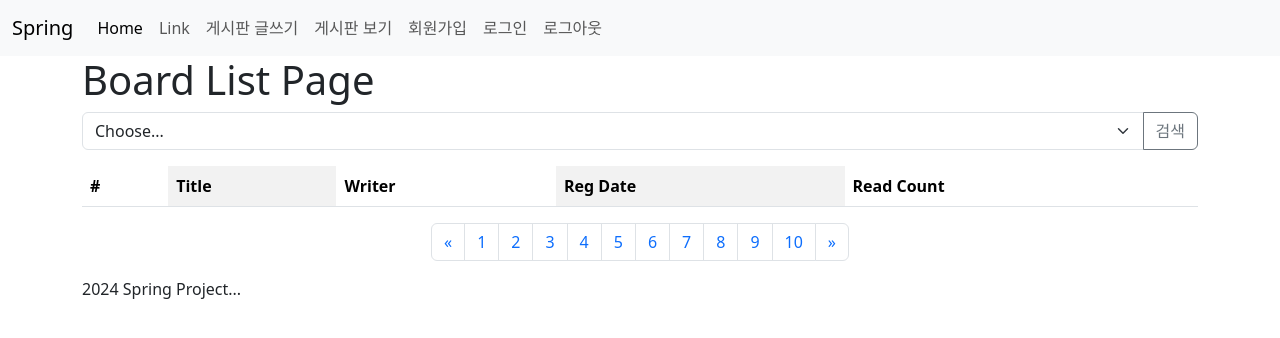
Repository: gajami-kim/240430_Spring_Study
Page: http://localhost/spring_study/WEB-INF/views/board/list.jsp
An editor plug-in stored every save of this project. The page is shown before and after the next save, followed by the edit.
The browser window is 1280 px wide. The pictures show the whole page.
The page is served by Tomcat 9. Nobody is signed in. The template is opened directly, without the code that normally fills it, so the values that code supplies are empty.

Above is the page before, as saved 2024-04-24 08:40:50.

After the next save:
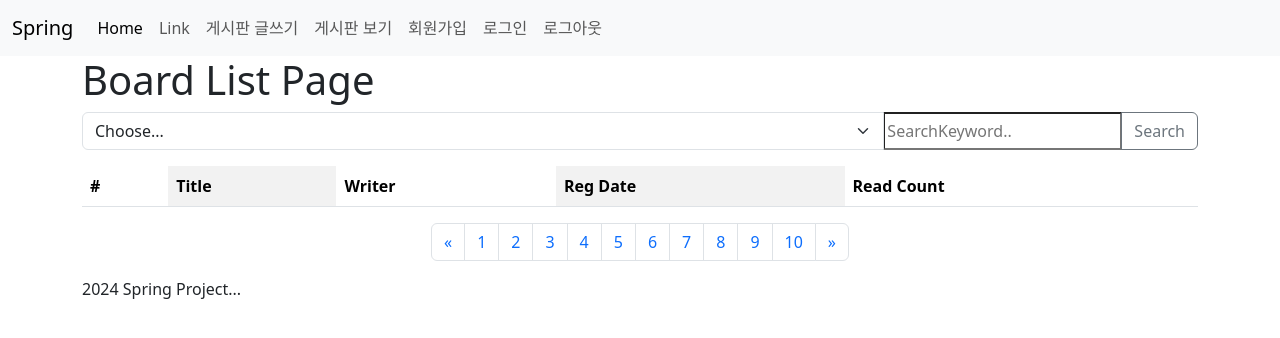
Saved 36 s later.
--- a/spring_study/src/main/webapp/WEB-INF/views/board/list.jsp
+++ b/spring_study/src/main/webapp/WEB-INF/views/board/list.jsp
@@ -14,7 +14,8 @@
 		    <option value="w">Writer</option>
 		    <option value="c">Content</option>
 		  </select>
-		  <button class="btn btn-outline-secondary" type="button">검색</button>
+		  <input type="text" name="keyword" placeholder="SearchKeyword..">
+		  <button class="btn btn-outline-secondary" type="button">Search</button>
 		</div>
 	</form>
 	<table class="table table-striped-columns">
